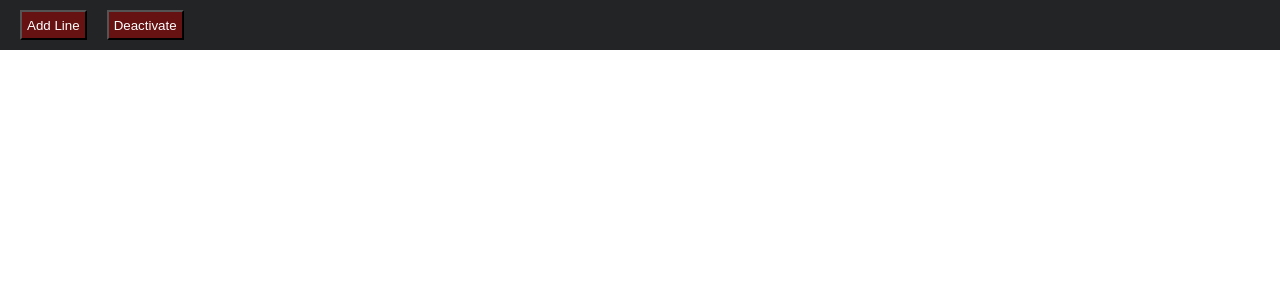
Repository: mykamla/MyJSproj
Page: fabric/index.html
These files come from the project's save history. The page is drawn as it stood at one moment and after the next save; the edit follows.
The browser window is 1280 px wide. The pictures show the whole page.

Above is the page before, as saved 2022-12-26 15:34:19.

After the next save:
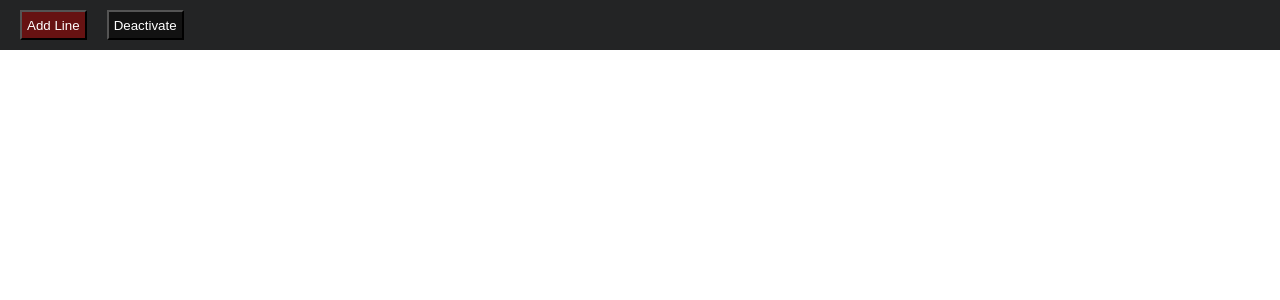
Saved 10 s later.
--- a/fabric/style.css
+++ b/fabric/style.css
@@ -37,7 +37,7 @@
 }
 
 #deactivate-adding-shape {
-    background-color: rgb(102, 18, 18);
+    background-color: rgb(18, 18, 18);
 }
 
 #deactivate-adding-shape:hover {
